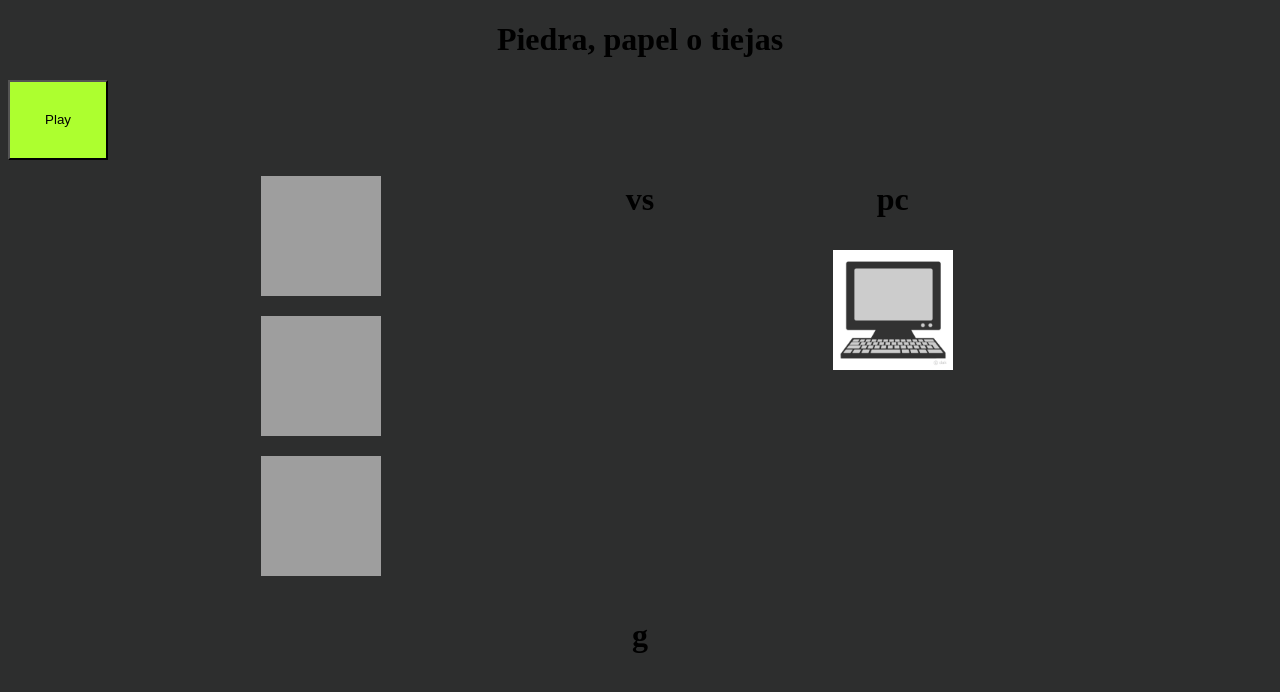
Repository: Kevin8548/FundamentosJS
Page: scissors.html
An editor plug-in stored every save of this project. The page is shown before and after the next save, followed by the edit.
The browser window is 1280 px wide. The pictures show the whole page.
Pictures or frames that could not be fetched are drawn as grey boxes.

Above is the page before, as saved 2024-09-23 05:49:11.
Console error: SyntaxError: Unexpected token ';'

### scissors.html
<!DOCTYPE html>
<html lang="en">
<head>
    <meta charset="UTF-8">
    <meta name="viewport" content="width=device-width, initial-scale=1.0">
    <title>Document</title>
    <link rel="stylesheet" href="style.css">
</head>
<body>
    <div class="content"></div>
    <script src="./concepts/scissors.js"></script>
    <h1>Piedra, papel o tiejas</h1>
    <button>Play</button>
    <div class="parent">


        <div class="div2">
            <p><img src="img/descarga.jpeg" alt=""></p>
            <p><img src="img/scissor-icon-transparent-free-png.webp" alt=""></p>
            <p><img src="img/png-clipart-paper-leaf-leaf-white-leaf-thumbnail.png" alt=""></p>
        </div>

        <div class="div3"><h1>vs</h1> </div>

        <div class="div4"> <h1>pc
            <p><img src="img/2775.png" alt=""></p>
        </h1></div>

        <div class="div5"><h1>g</h1> </div>

        </div>
</body>
</html>

### style.css
.parent {
display:grid ;
grid-template-columns: repeat(5, 1fr);
grid-template-rows: repeat(1.5, 1fr);
grid-column-gap: 0px;
grid-row-gap: 0px;
}

.div1 { grid-area: 1 / 3 / 2 / 4; }
.div2 { grid-area: 3 / 2 / 4 / 3; }
.div3 { grid-area: 3 / 3 / 4 / 4; }
.div4 { grid-area: 3 / 4 / 4 / 5; }
.div5 { grid-area: 5 / 3 / 6 / 4; }

h1{
text-align: center;
}

img{
width: 120px;
height: 120px;
}

body{
background-color: rgb(45, 46, 46);
}

button {
    background-color: greenyellow;
    width: 100px;
    height: 80px;
}

### concepts/scissors.js
const btnPLay = ;
const divUser = ;
const divMaq = ;
const message = ;

const play = () => {
    const choiceUser = prompt ('Elige; piedra, papel o tijeras');
    const aleatorio = Math.floor(Math.random() * 3);
    //Todo
    //Si aleatorio = 0 choicemaq= piedra y asi para 1  y 2
    //Comparaciones para determinar ganador
}

After the next save:
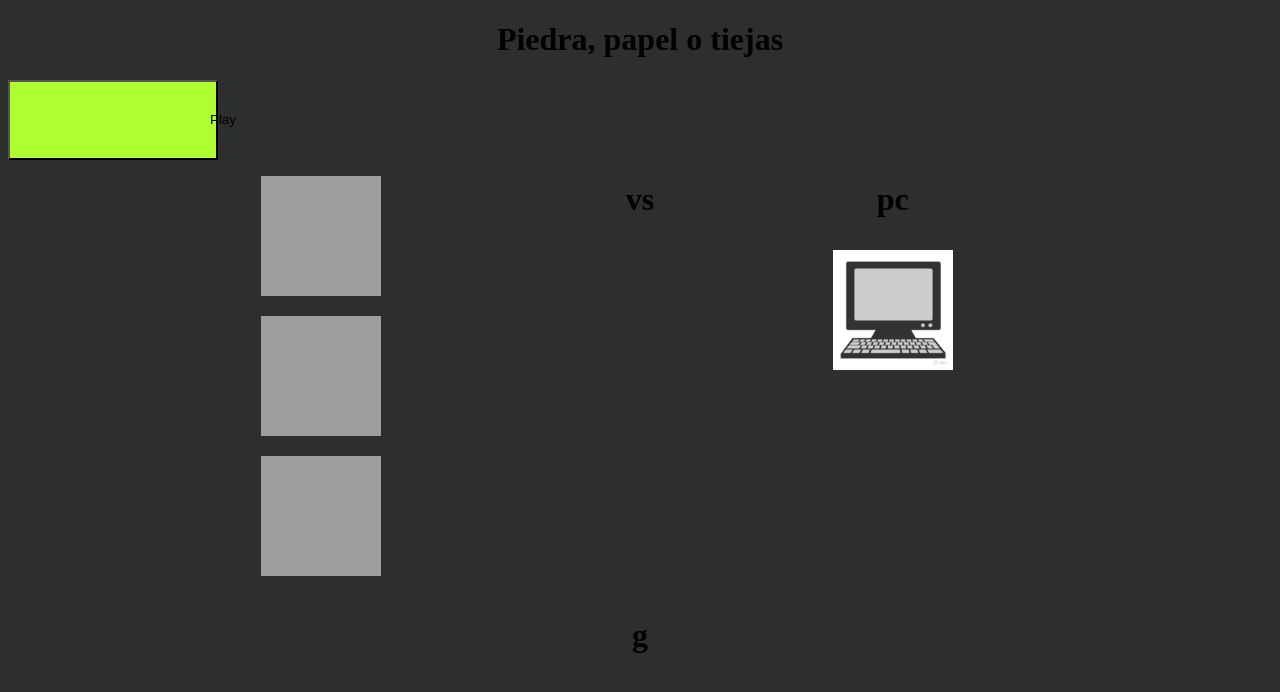
Saved 9 s later.
--- a/style.css
+++ b/style.css
@@ -29,4 +29,5 @@ button {
     background-color: greenyellow;
     width: 100px;
     height: 80px;
+    padding-left: 200px;
 }
